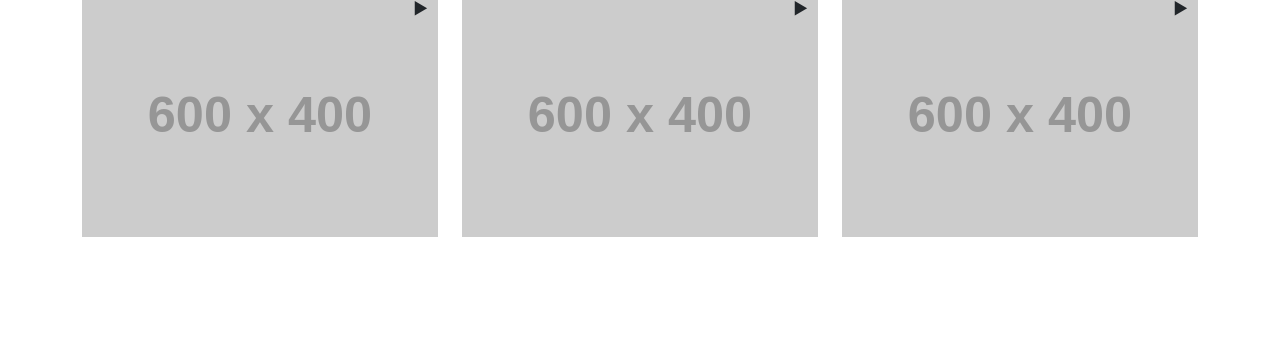
Repository: fbansept/ran4_24
Page: index.html
An editor plug-in stored every save of this project. The page is shown before and after the next save, followed by the edit.
The browser window is 1280 px wide. The pictures show the whole page.

Above is the page before, as saved 2024-10-14 11:26:57.

### index.html
<!DOCTYPE html>
<html lang="en">
  <head>
    <meta charset="UTF-8" />
    <meta name="viewport" content="width=device-width, initial-scale=1.0" />
    <title>Document</title>
    <link
      href="https://cdn.jsdelivr.net/npm/bootstrap@5.3.3/dist/css/bootstrap.min.css"
      rel="stylesheet"
      integrity="sha384-QWTKZyjpPEjISv5WaRU9OFeRpok6YctnYmDr5pNlyT2bRjXh0JMhjY6hW+ALEwIH"
      crossorigin="anonymous"
    />
    <script
      defer
      src="https://cdn.jsdelivr.net/npm/bootstrap@5.3.3/dist/js/bootstrap.bundle.min.js"
      integrity="sha384-YvpcrYf0tY3lHB60NNkmXc5s9fDVZLESaAA55NDzOxhy9GkcIdslK1eN7N6jIeHz"
      crossorigin="anonymous"
    ></script>

    <link rel="stylesheet" href="style.css">
  </head>
  <body>
    <main class="container">
      <div class="row row-cols-1 row-cols-md-3">
        <article class="col">
          <div>
            <img src="https://placehold.co/600x400" />
            <div class="button">▶</div>
          </div>
        </article>
        <article class="col">
          <div>
            <img src="https://placehold.co/600x400" />
            <div class="button">▶</div>
          </div>
        </article>
        <article class="col">
          <div>
            <img src="https://placehold.co/600x400" />
            <div class="button">▶</div>
          </div>
        </article>
      </div>
    </main>
  </body>
</html>

### style.css
.container > .row > article > div {
  position: relative;
  width: 100%;
  height: 300px;
}

.container > .row > article > div > img {
  object-fit: cover;
  width: 100%;
}

.button {
  position: absolute;
  bottom: 280px;
  right: 10px;
}

After the next save:
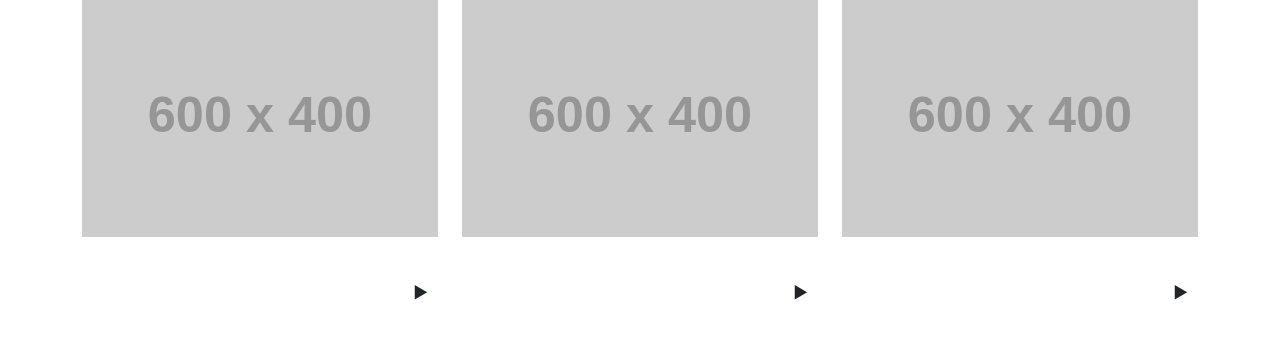
Saved 7 s later.
--- a/style.css
+++ b/style.css
@@ -11,6 +11,6 @@
 
 .button {
   position: absolute;
-  bottom: 280px;
+  top: 280px;
   right: 10px;
 }
